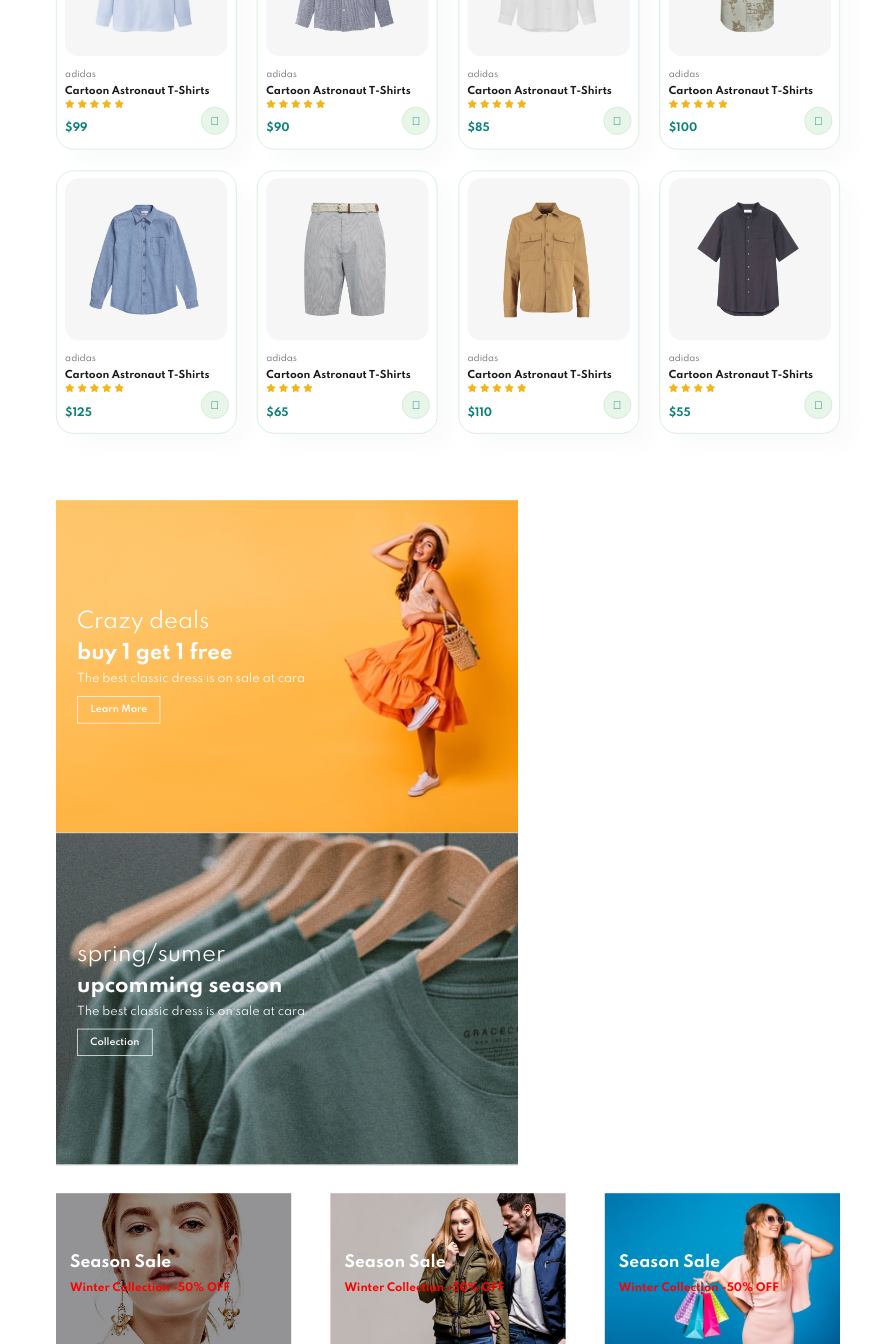
Repository: MinhNhatIT2901/Ecommerce
Page: index.html
The author's editor kept a copy of each file at every save. The page is drawn from the files as they stood at one save, then again after the next save.
The browser window is 1280 px wide. The pictures show the part of the page from y = 2772 to 4692 px (the page is 4692 px tall before and 4462 px after), at 70% of full size.
Some web libraries are served in a nearby version.

Above is the page before, as saved 2022-01-08 15:19:00.

After the next save:
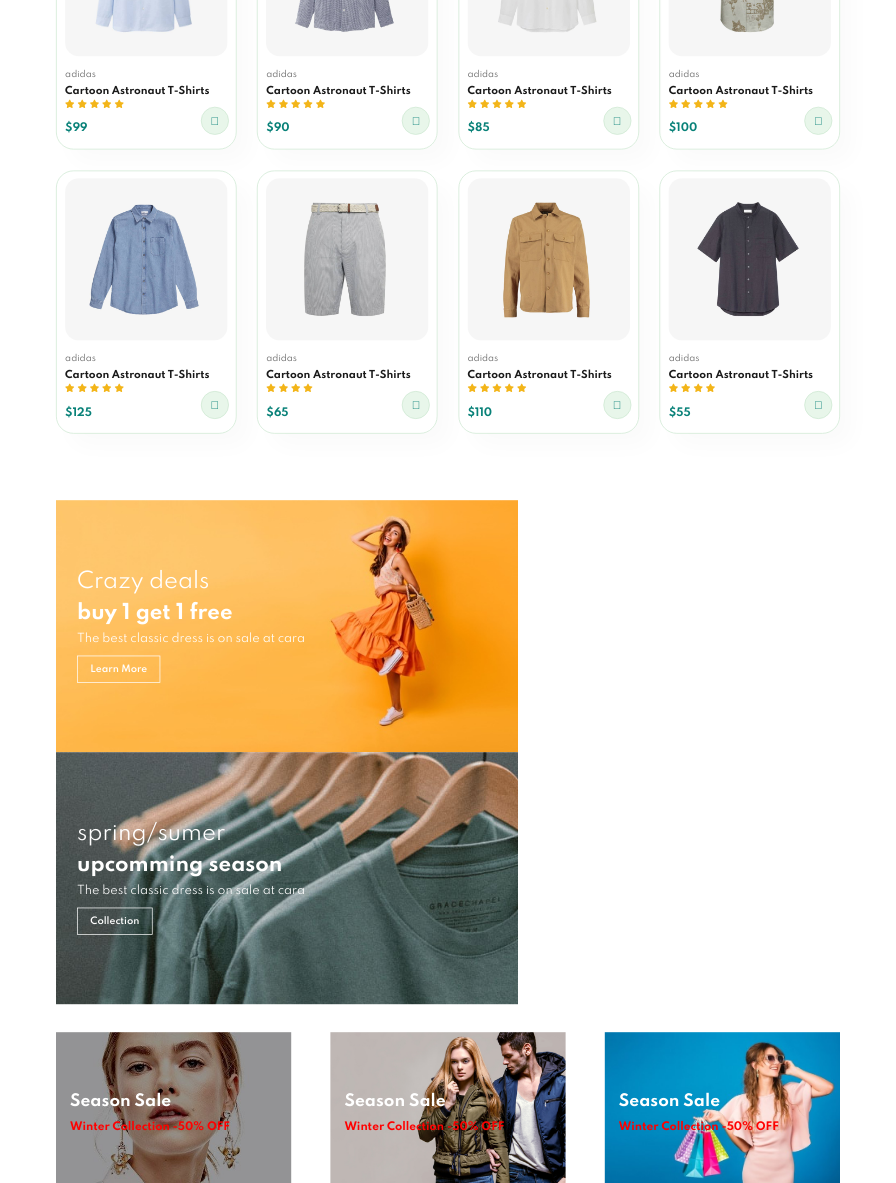
Saved 23 s later.
--- a/style.css
+++ b/style.css
@@ -333,7 +333,7 @@ body {
   align-items: flex-start;
   background-image: url("imgs/img/banner/b17.jpg");
   min-width: 660px;
-  height: 66vh;
+  height: 50vh;
   background-size: cover;
   background-position: center;
   padding: 30px;
